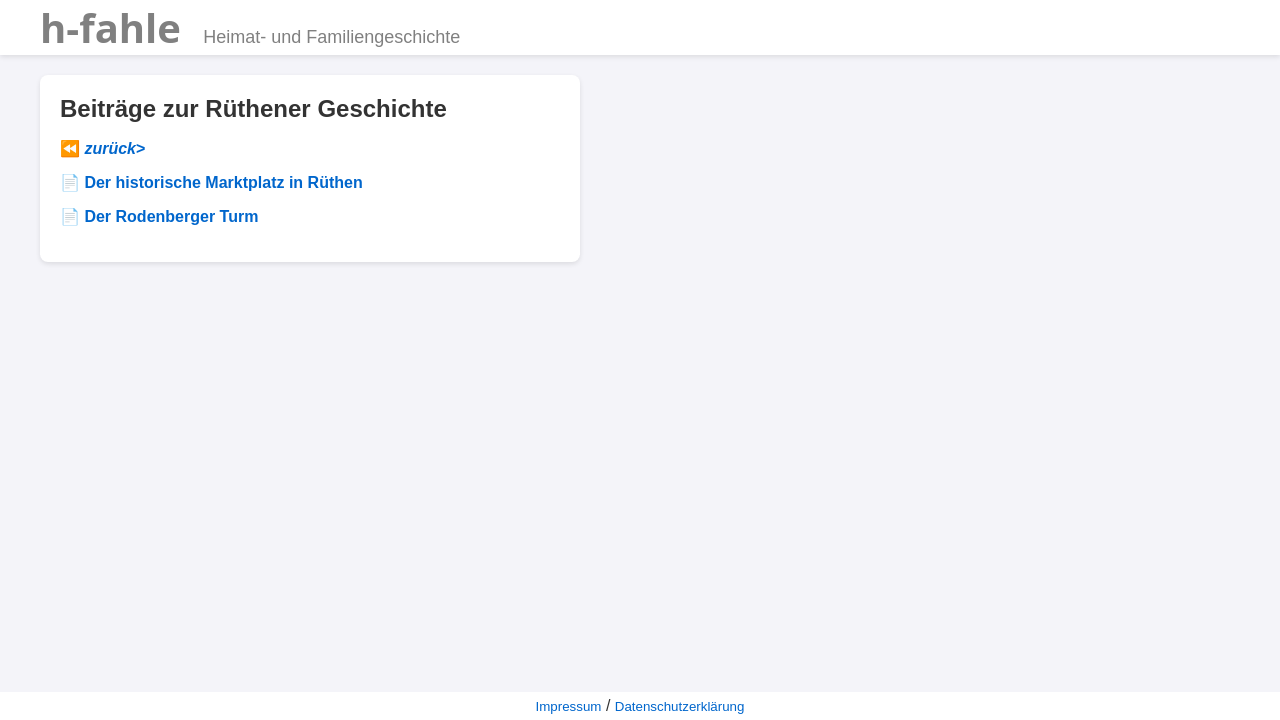
Repository: h-fahle/h-fahle.github.io
Page: geschichte/index.html
These files come from the project's save history. The page is drawn as it stood at one moment and after the next save; the edit follows.
The browser window is 1280 px wide. The pictures show the whole page.
Some web fonts or font styles are not loaded; a fallback is used.

Above is the page before, as saved 2026-05-27 16:25:24.

### geschichte/index.html
<!DOCTYPE html>
<html lang="de">
<head>
    <meta charset="UTF-8">
    <meta name="viewport" content="width=device-width, initial-scale=1.0">
    <title>Dokumentenübersicht</title>
   <style>
        @import url('https://fonts.googleapis.com/css2?family=Moirai+One&display=swap');
    </style>
    <style>
        body {
            margin: 0;
            font-family: Arial, sans-serif;
            display: flex;
            flex-direction: column;
            min-height: 100vh;
            background-color: #f4f4f9;
            color: #333;
        }
        header {
            background-color: #fff;
            color: gray;
            box-shadow: 0 2px 5px rgba(0, 0, 0, 0.1);
        }
        span.moirai-one-regular {
            margin-left: 40px;
            font-family: "Moirai One", system-ui;
            font-size: 40px;
            font-weight: bold;
        }
        .subheader {
            font-size:18px;
        }
        footer {
            margin-top: auto; /* Drückt den Footer an den unteren Rand */
            padding: 5px;
            background-color: #fff;
            text-align: center;
        }
        footer a {
            font-size:smaller;
            font-weight:100;
        }
        .container {
            background: #fff;
            margin: 20px 40px;
            padding: 20px;
            border-radius: 8px;
            max-width: 500px;
            box-shadow: 0 2px 5px rgba(0,0,0,0.1);
        }
        h1 {
            font-size: 1.5em;
            margin-top: 0;
        }
        ul {
            list-style-type: none;
            padding: 0;
        }
        li {
            margin: 15px 0;
        }
        a {
            text-decoration: none;
            color: #0066cc;
            font-weight: bold;
        }
        a:hover {
            text-decoration: underline;
        }
    </style>
</head>
<body>

    <header>
        <span class="moirai-one-regular">h-fahle</span>
        &nbsp;&nbsp;&nbsp;
        <span class="subheader">Heimat- und Familiengeschichte</span>
    </header>

    <div class="container">
        <h1>Beiträge zur Rüthener Geschichte</h1>
        <ul>
            <li><a href="/">⏪ <i>zurück</i>></a></li>
            <li><a href="historischer_marktplatz_rüthen.pdf">📄 Der historische Marktplatz in Rüthen</a></li>
            <li><a href="rodenberger_turm.pdf">📄 Der Rodenberger Turm</a></li>
        </ul>
    </div>

    <footer>
        <a href="impressum.html">Impressum</a> / <a href="Datenschutz.html">Datenschutzerklärung</a>
    </footer>

</body>
</html>

After the next save:
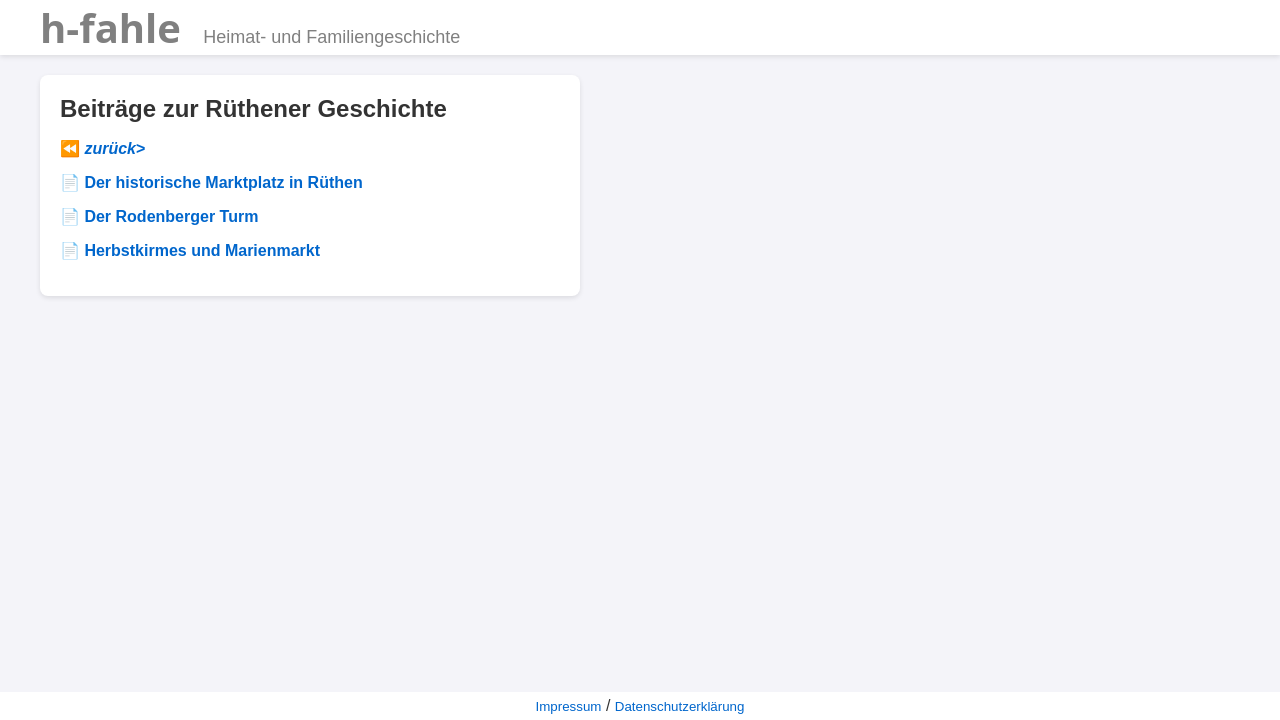
Saved 43 min 34 s later.
--- a/geschichte/index.html
+++ b/geschichte/index.html
@@ -84,6 +84,7 @@
             <li><a href="/">⏪ <i>zurück</i>></a></li>
             <li><a href="historischer_marktplatz_rüthen.pdf">📄 Der historische Marktplatz in Rüthen</a></li>
             <li><a href="rodenberger_turm.pdf">📄 Der Rodenberger Turm</a></li>
+            <li><a href="herbstkirmes_marienmarkt.pdf">📄 Herbstkirmes und Marienmarkt</a></li>
         </ul>
     </div>
 
